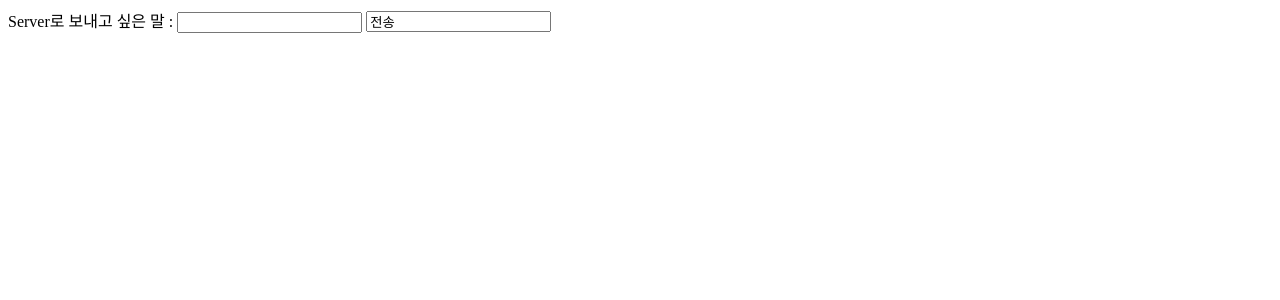
Repository: anhyunji494/JSP
Page: Servlet/src/main/webapp/ex04Form.html
These files come from the project's save history. The page is drawn as it stood at one moment and after the next save; the edit follows.
The browser window is 1280 px wide. The pictures show the whole page.

Above is the page before, as saved 2024-02-26 03:05:32.

### Servlet/src/main/webapp/ex04Form.html
<!DOCTYPE html>
<html>
<head>
<meta charset="EUC-KR">
<title>Insert title here</title>
</head>
<body>
	<form action="Ex04Form">
		Server로 보내고 싶은 말 : <input type="text" name="talk"> <input
			type=" submit" value="전송">
		<!-- 전송버튼--!>
	</form>
</body>
</html>

After the next save:
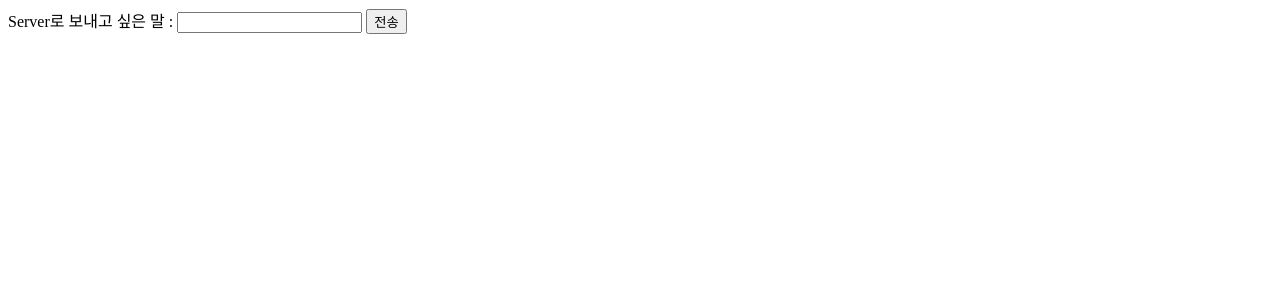
Saved 5 min 2 s later.
--- a/Servlet/src/main/webapp/ex04Form.html
+++ b/Servlet/src/main/webapp/ex04Form.html
@@ -6,8 +6,9 @@
 </head>
 <body>
 	<form action="Ex04Form">
-		Server로 보내고 싶은 말 : <input type="text" name="talk"> <input
-			type=" submit" value="전송">
+		Server로 보내고 싶은 말 :
+		<input type="text" name="talk">
+		<input type="submit" value="전송">
 		<!-- 전송버튼--!>
 	</form>
 </body>
